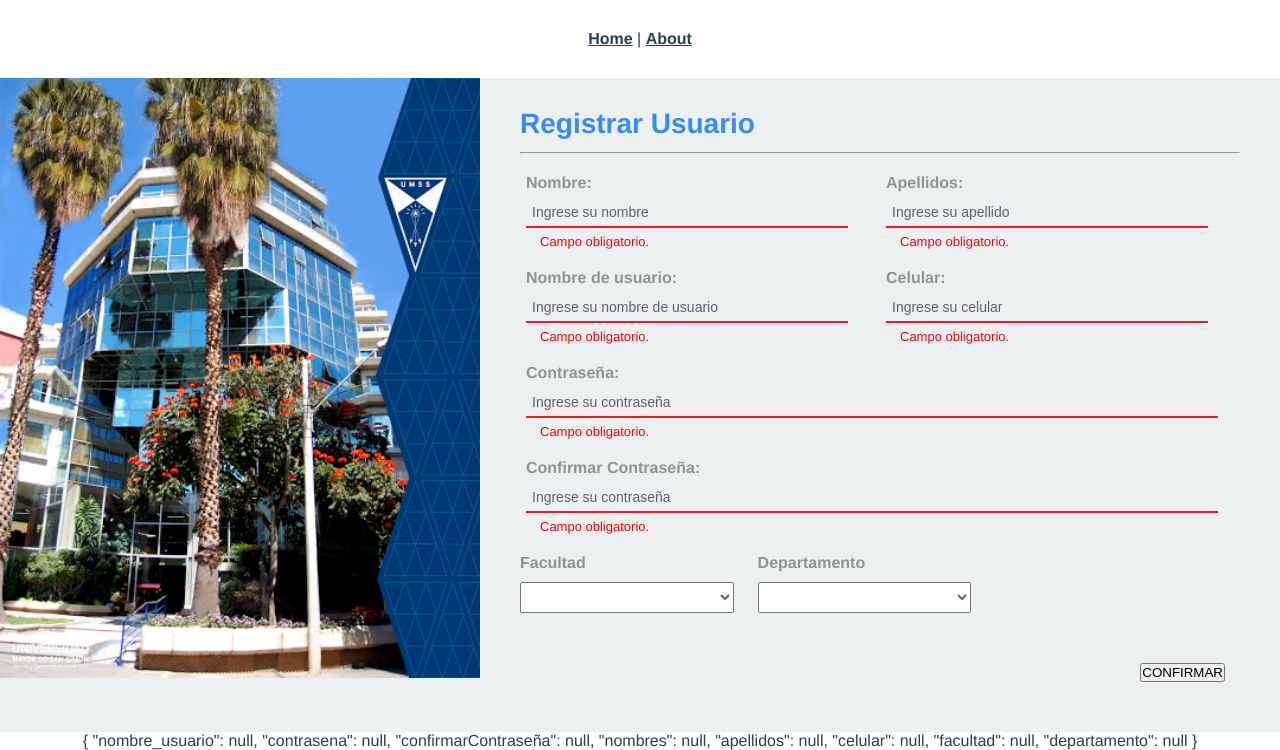
Repository: BritanyTorrico/front-cotizaciones
Page: /register
An editor plug-in stored every save of this project. The page is shown before and after the next save, followed by the edit.
The browser window is 1280 px wide. The pictures show the whole page.
The project was rebuilt for these pictures with package versions that can differ from the ones it lists, and the page was loaded fresh each time. Also part of the build but not shown: vue.config.js, src/components/HelloWorld.vue, src/views/Home.vue.

Above is the page before, as saved 2021-04-22 02:11:37.

### src/main.js
import Vue from "vue";
import App from "./App.vue";
import router from "./router";
import store from "./store";
import instance from "@/services/axios";
import Vuelidate from "vuelidate";
Vue.config.productionTip = false;
Vue.prototype.$http = instance;
Vue.use(Vuelidate);
new Vue({
    router,
    store,
    render: (h) => h(App),
}).$mount("#app");

### src/App.vue
<template>
  <div id="app">
    <div id="nav">
      <router-link to="/">Home</router-link> |
      <router-link to="/about">About</router-link>
    </div>
    <router-view />
  </div>
</template>

<style>
* {
  padding: 0;
  margin: 0;
}
:root {
  --color-title: #3d8af7;
  --color-name: #929292;
  --color-line: #c0c0c0;
}
#app {
  font-family: Avenir, Helvetica, Arial, sans-serif;
  -webkit-font-smoothing: antialiased;
  -moz-osx-font-smoothing: grayscale;
  text-align: center;
  color: #2c3e50;
}

#nav {
  padding: 30px;
}

#nav a {
  font-weight: bold;
  color: #2c3e50;
}

#nav a.router-link-exact-active {
  color: #42b983;
}
</style>

### src/router/index.js
import Vue from "vue";
import VueRouter from "vue-router";
import Home from "../views/Home.vue";

Vue.use(VueRouter);

const routes = [{
        path: "/",
        name: "Home",
        component: Home,
    },
    {
        path: "/about",
        name: "About",
        // route level code-splitting
        // this generates a separate chunk (about.[hash].js) for this route
        // which is lazy-loaded when the route is visited.
        component: () =>
            import ( /* webpackChunkName: "about" */ "../views/About.vue"),
    },
    {
        path: "/register",
        name: "RegisterUserPage",
        component: () =>
            import ("../views/RegisterUserPage.vue"),
    },
];

const router = new VueRouter({
    mode: "history",
    base: process.env.BASE_URL,
    routes,
});

export default router;

### src/services/axios.js
import axios from "axios";

const instance = axios.create({
    baseURL: "http://localhost:4000/",
    headers: { "Content-Type": "application/json" },
});

export default instance;

### src/views/RegisterUserPage.vue
<template>
  <div>
    <register-user />
  </div>
</template>

<script>
import RegisterUser from "@/components/User/RegisterUser.vue";
export default {
  components: { RegisterUser },
  name: "RegisterUserPage",
};
</script>

<style lang="scss" scoped></style>

### src/components/User/RegisterUser.vue
<template>
  <div class="container">
    <form @submit.prevent="submitForm">
      <div class="flex-container">
        <div class="form__image">
          <img src="@/assets/edificioUMSS.jpg" alt="" />
        </div>

        <div class="form__datos">
          <div class="form_title">
            <h1>Registrar Usuario</h1>
            <hr class="form__linea" />
          </div>
          <div class="form__section">
            <div class="form__name">
              <label
                ><div class="formulario_label">Nombre:</div>
                <input
                  v-on:keydown="keyhandler($event)"
                  :class="
                    $v.users.nombres.$invalid
                      ? 'form_check-input-error'
                      : 'form__input'
                  "
                  type="text"
                  placeholder="Ingrese su nombre"
                  v-model="users.nombres"
                />
              </label>
              <div class="form_check-error" v-if="!$v.users.nombres.required">
                Campo obligatorio.
              </div>
            </div>
            <div class="form__name">
              <label
                ><div class="formulario_label">Apellidos:</div>
                <input
                  :class="
                    $v.users.apellidos.$invalid
                      ? 'form_check-input-error'
                      : 'form__input'
                  "
                  type="text"
                  placeholder="Ingrese su apellido"
                  required
                  v-model="users.apellidos"
                />
              </label>
              <div class="form_check-error" v-if="!$v.users.apellidos.required">
                Campo obligatorio.
              </div>
            </div>
          </div>
          <div class="form__section">
            <div class="form__name">
              <label
                ><div class="formulario_label">Nombre de usuario:</div>
                <input
                  :class="
                    $v.users.nombre_usuario.$invalid
                      ? 'form_check-input-error'
                      : 'form__input'
                  "
                  type="text"
                  placeholder="Ingrese su nombre de usuario"
                  v-model="users.nombre_usuario"
                  required
                />
              </label>
              <div
                class="form_check-error"
                v-if="!$v.users.nombre_usuario.required"
              >
                Campo obligatorio.
              </div>
            </div>
            <div class="form__name">
              <label
                ><div class="formulario_label">Celular:</div>
                <input
                  :class="
                    $v.users.celular.$invalid
                      ? 'form_check-input-error'
                      : 'form__input'
                  "
                  type="text"
                  placeholder="Ingrese su celular"
                  v-model="users.celular"
                />
              </label>
              <div class="form_check-error" v-if="!$v.users.celular.required">
                Campo obligatorio.
              </div>
            </div>
          </div>
          <div class="form__section2">
            <div class="formulario_label">Contraseña:</div>
            <input
              type="password"
              :class="
                $v.users.contrasena.$invalid
                  ? 'form_check-input-error'
                  : 'form__input'
              "
              placeholder="Ingrese su contraseña"
              v-model="users.contrasena"
            />
            <div class="form_check-error" v-if="!$v.users.contrasena.required">
              Campo obligatorio.
            </div>
          </div>
          <div class="form__section2">
            <div class="formulario_label">Confirmar Contraseña:</div>
            <input
              type="password"
              :class="
                $v.users.confirmarContraseña.$invalid
                  ? 'form_check-input-error'
                  : 'form__input'
              "
              placeholder="Ingrese su contraseña"
              v-model="users.confirmarContraseña"
            />
            <div
              class="form_check-error"
              v-if="!$v.users.confirmarContraseña.required"
            >
              Campo obligatorio.
            </div>
          </div>
          <div class="form__section3">
            <div class="container__base">
              <div class="container__label">Facultad</div>
              <select class="container__list" v-model="users.facultad">
                <option
                  class="container__list__option"
                  v-for="(item, index) in listfacultad"
                  :key="index"
                  value="1"
                >
                  {{ listfacultad[index] }}</option
                >
              </select>
            </div>
            <div class="container__base">
              <div class="container__label">Departamento</div>
              <select class="container__list" v-model="users.departamento">
                <option
                  class="container__list__option"
                  v-for="(item, index) in listfacultad"
                  :key="index"
                  value="1"
                >
                  {{ listfacultad[index] }}</option
                >
              </select>
            </div>
          </div>
          <div class="boton">
            <button>CONFIRMAR</button>
          </div>
        </div>
      </div>
      {{ users }}
    </form>
  </div>
</template>

<script>
import { required, maxLength } from "vuelidate/lib/validators";
export default {
  name: "RegisterUser",
  data() {
    return {
      users: {
        nombre_usuario: null,
        contrasena: null,
        confirmarContraseña: null,
        nombres: null,
        apellidos: null,
        celular: null,
        facultad: null,
        departamento: null,
      },
      listfacultad: ["Tecnologia", "Economia", "Derecho"],
    };
  },
  validations: {
    users: {
      nombres: {
        required,
        maxLength: maxLength(30),
      },
      apellidos: {
        required,
      },
      nombre_usuario: {
        required,
      },
      contrasena: {
        required,
      },
      confirmarContraseña: {
        required,
      },
      celular: {
        required,
      },
    },
  },
  methods: {
    keyhandler(e) {
      if (!e.key.match(/^[a-zA-Z0-9ñÑáéíóúÁÉÍÓÚ.\s]*$/)) {
        e.preventDefault();
      }
    },
    async submitForm() {
      try {
        await this.sendDataUsers();
        console.log("CORRECTO");
      } catch (error) {
        console.log("ERROR");
      }
    },
    async sendDataUsers() {
      try {
        console.log(this.users);
        await this.$http.post("users", {
          nombre_usuario: this.users.nombre_usuario,
          contrasena: this.users.contrasena,
          nombres: this.users.nombres,
          apellidos: this.users.apellidos,
          celular: this.users.celular,
          facultad: this.users.facultad,
          departamento: this.users.departamento,
        });
      } catch (error) {
        throw new Error("ALGO SALIO MAL");
      }
    },
  },
};
</script>

<style lang="css" scoped>
.flex-container {
  display: flex;
  background-color: #ecf0f1;
}
.form__image {
  width: 40%;
}
.form__image img {
  width: 100%;
  height: 600px;
}

.form__datos {
  width: 60%;
  margin-left: 40px;
  margin-right: 40px;
}
.form_title {
  color: var(--color-title);
  text-align: left;
  font-size: 14px;
}
.form_title h1 {
  padding-top: 30px;
  padding-bottom: 12px;
}
.form__linea {
  color: var(--color-title);
}
.form__input {
  width: 100%;
  padding: 6px;
  margin: 6px 6px;
  border: none;
  border-bottom: 2px solid var(--color-line);
  background-color: transparent;
  color: black;
  font-size: 14px;
}
.form_check-input-error {
  width: 100%;
  padding: 6px;
  margin: 6px 6px;
  border: none;
  border-bottom: 2px solid #ed1c24;
  background-color: transparent;
  color: black;
  font-size: 14px;
}
.form__input:focus {
  background: linear-gradient(to bottom, transparent, #ced6e0);
  outline: none;
  border-bottom: 2px solid #747d8c;
}
.form_check-input-error:focus {
  background: linear-gradient(to bottom, transparent, #ced6e0);
  outline: none;
  border-bottom: 2px solid red;
}
::placeholder {
  color: #576574;
}
.form__section {
  margin-top: 20px;
  display: flex;
}
.form__section2 {
  margin-top: 20px;
  margin-right: 40px;
}
.form__section3 {
  display: flex;
}
.formulario_label {
  padding-left: 6px;
  color: var(--color-name);
  text-align: left;
  font-weight: bold;
}
.form__name {
  width: 100%;
  padding-right: 50px;
}
.boton {
  display: flex;
  justify-content: right;
  align-items: right;
  margin: 50px 15px;
}
.boton__input {
  width: 120px;
  height: 35px;
  border-radius: 30px;
  background: blue;
  color: white;
  font-weight: bold;
  border-bottom: none;
  border: none;
}
.form_check-error {
  color: red;
  font-size: 13px;
  text-align: left;
  margin-left: 20px;
}
.container__base {
  text-align: left;
  padding-top: 20px;
  width: 33%;
}
.container__label {
  color: var(--color-name);
  margin-bottom: 10px;
  font-weight: bold;
}
.container__list {
  width: 90%;
  color: #576574;
  padding: 6px;
}
.container__list__option {
}
</style>

Loaded but not shown: public/index.html (common file); src/store/index.js (common file)

After the next save:
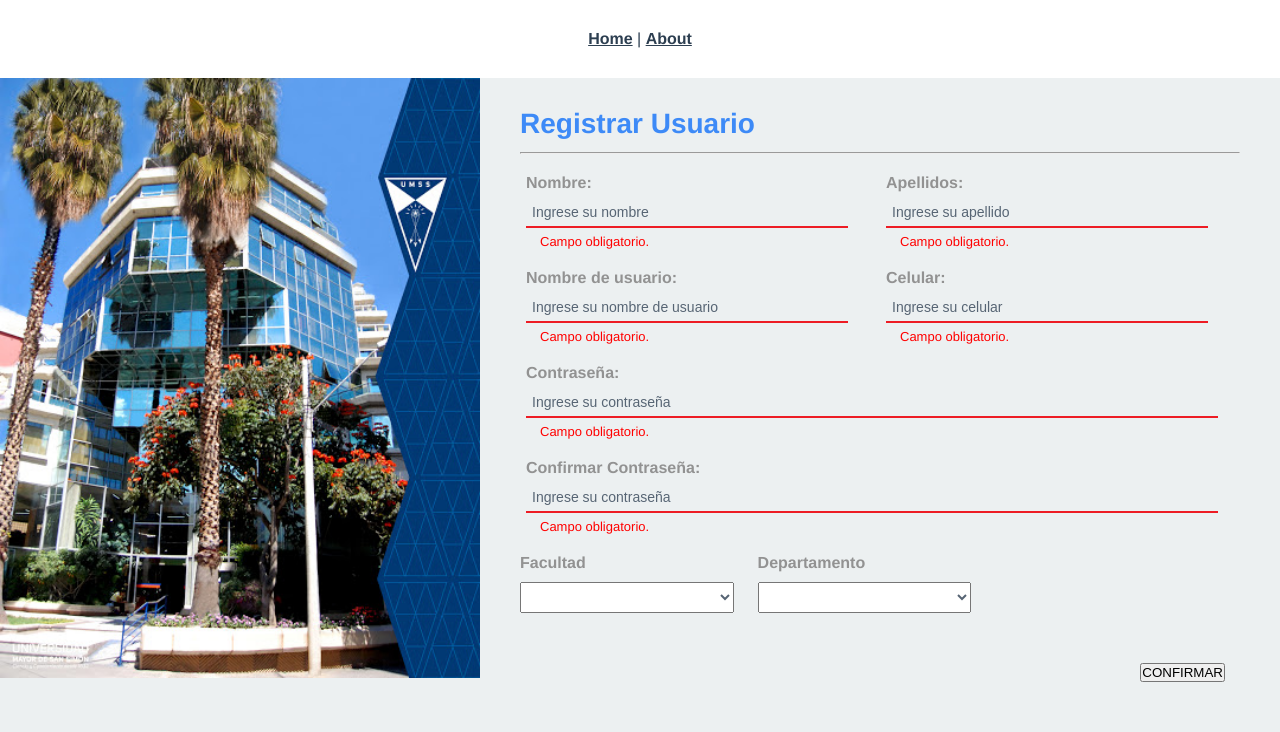
Saved 20 s later.
--- a/src/components/User/RegisterUser.vue
+++ b/src/components/User/RegisterUser.vue
@@ -161,7 +161,6 @@
           </div>
         </div>
       </div>
-      {{ users }}
     </form>
   </div>
 </template>
